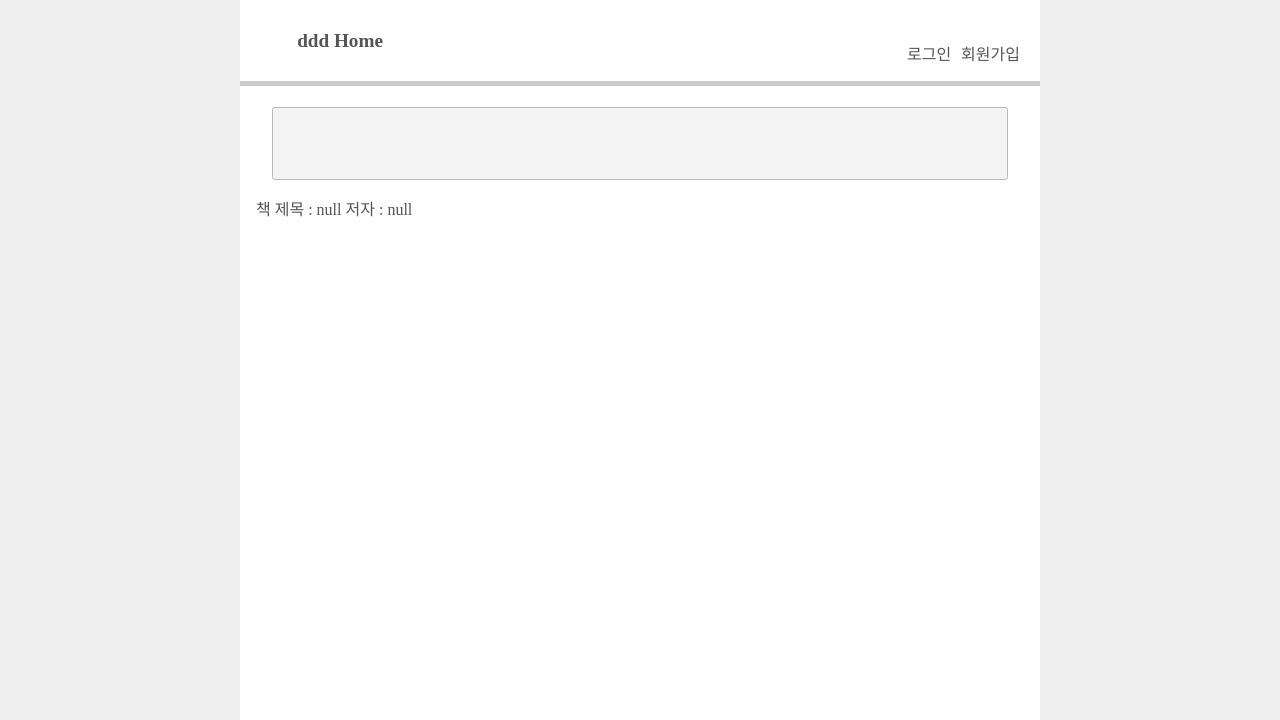
Repository: Deneb0000/JSP
Page: http://localhost/jspPro/days01/ex02_ok.jsp
These files come from the project's save history. The page is drawn as it stood at one moment and after the next save; the edit follows.
The browser window is 1280 px wide. The pictures show the whole page.
Some web fonts or font styles are not loaded; a fallback is used. The page is served by Tomcat 9. Other server files are loaded and not shown.

Above is the page before, as saved 2024-10-15 03:27:40.

### jspPro/src/main/webapp/days01/ex02_ok.jsp
<%@ page contentType="text/html; charset=UTF-8" pageEncoding="UTF-8"%>
<%
	//02_ok.jsp?title=채식주의자&author=한상
	String title =  request.getParameter("title");
	String author = request.getParameter("author");

%>
<!DOCTYPE html>
<html>
<head>
<meta charset="UTF-8">
<title>Insert title here</title>
<link rel="shortcut icon" type="image/x-icon" href="http://localhost/jspPro/images/SiSt.ico">
<script src="https://ajax.googleapis.com/ajax/libs/jquery/3.7.1/jquery.min.js"></script>
<meta name="viewport" content="width=device-width, initial-scale=1.0">
<meta name="google" content="notranslate">
<link rel="stylesheet" href="http://localhost/jspPro/resources/cdn-main/example.css">
<script src="http://localhost/jspPro/resources/cdn-main/example.js"></script>
<style>
 span.material-symbols-outlined{
    vertical-align: text-bottom;
 }
</style>
</head>
<body>
<header>
  <h1 class="main"><a href="#" style="position: absolute;top:30px;">ddd Home</a></h1>
  <ul>
    <li><a href="#">로그인</a></li>
    <li><a href="#">회원가입</a></li>
  </ul>
</header>
<div>
  <xmp class="code">

  </xmp>

  책 제목 : <%= title %>
  저자 : <%= author %>
</div>
</body>
</html>

### jspPro/src/main/webapp/resources/cdn-main/example.css
@charset "UTF-8";

@import url('https://fonts.googleapis.com/css2?family=Material+Symbols+Outlined:opsz,wght,FILL,GRAD@20..48,100..700,0..1,-50..200');

@font-face {
    font-family: 'GmarketSansMedium';
    src: url('https://cdn.jsdelivr.net/gh/projectnoonnu/noonfonts_2001@1.1/GmarketSansMedium.woff') format('woff');
    font-weight: normal;
    font-style: normal;
}

:root {
	--text-color: #555;
	--sub-text-color: #777;
	--back-color: #EFEFEF;
	--header-color: #444;
	--primary-color: #DEDEDE;
	--secondary-color: #EFEFEF;
	--default-width: 800px;
	--narrow-width: 500px;
	--wide-width: 1200px;
	--text-font: 'GmarketSansMedium';
	--icon-font: 'Material Symbols Outlined';
	--border-color: #CCC;
}

html, body {
	margin: 0;
	padding: 0;
}

html {
	background-color: var(--back-color);
	display: flex;
	justify-content: center;
	min-height: 100vh;
}

body, body.default {
	width: var(--default-width);
	background-color: white;
	padding-bottom: 120px;
}

body.wide {
	width: var(--wide-width);
}

body.narrow {
	width: var(--narrow-width);
}



body, p, div, span, a, input, select, option, textarea, button, table, th, td, label, fieldset, legend {
	font-family: var(--text-font);
	color: var(--text-color);
}

h1, h2, h3 {
	font-family: var(--text-font);
	color: var(--header-color);
	padding: 0 1rem;
	padding-top: .5rem;
}

div > h1, div > h2, div > h3 {
	padding: 0;
}

body > div, body > main > div {
	padding: 0.3rem 1rem;
}


h1 { font-size: 2rem; border-bottom: 1px solid var(--border-color); }
h1 small { font-size: 1.2rem; color: var(--sub-text-color); }
h2 { font-size: 1.5rem; border-bottom: 1px dashed var(--border-color); }
h2 small { font-size: 1.1rem; color: --sub-text-color; }
h3 { font-size: 1.2rem; }
h3 small { font-size: 1rem; color: --sub-text-color; }



h1.main::before {
	font-family: var(--icon-font);
  	content: '\e666';
  	margin-right: 10px;
  	float: left;
	font-size: 2.5rem;
}

h1.sub::before {
	font-family: var(--icon-font);
  	content: '\ea19';
  	margin-right: 10px;
  	float: left;
	font-size: 2.5rem;
}


h1.page::before {
	font-family: var(--icon-font);
  	content: '\e0e0';
  	margin-right: 10px;
  	float: left;
	font-size: 2.5rem;
}

body > header > ul > li > .active{
	background-color: #FFF;
	color:#F00;
}

body > header {
	display: flex;
	justify-content: space-between;
	border-bottom: 5px solid var(--border-color);
	min-height: 74px;
	background-color: #FFF;
}

body > header.sticky {
	position: sticky;
	top: 0;
	z-index: 98;
}

body > header > h1 {
	font-size: 1.2rem;
	border: 0;
}

body > header.in > h1::before {
	font-family: var(--icon-font);
  	content: '\e332‥';
  	margin-right: 3px;
  	float: left;
	font-size: 2rem;
}


body > header > ul {
	list-style-type: none;
	display: flex;
	align-items: flex-end;
	margin-right: 10px;
}

body > header > ul > li {
	margin-right: 10px;
	cursor: pointer;
}

body > header > ul > li > a {
	cursor: pointer;
}


form {
	display: block;
}

form > div {
	padding: 0.3rem 1rem;
}

div > form > div {
	padding: 0.3rem 0;
}

input, textarea, button, select {
	border: 1px solid #BBB;
	border-radius: 3px;
	outline: none;
	resize: none;
	padding: 7px;
	margin: 0;
}

input[type=text]:read-only, textarea:read-only {
	cursor: not-allowed;
	background-color: #FFF;
}

input[type=text]:disabled, textarea:disabled {
	cursor: not-allowed;
	background-color: #EEE;
}

input[type=text], input[type=password], textarea, button, select {
	/* width: 300px; */
}

textarea {
	display: block;
	height: 100px;
}

input[type=button], input[type=submit], button {
	/* width: inherit; */
}

input.short, textarea.short, button.short, select.short {
	width: 100px;
}

input.long, textarea.long, button.long, select.long {
	width: 350px;
}

.narrow input.long, .narrow textarea.long, .narrow button.long, .narrow select.long {
	width: calc(100% - 20px);
}

input.full, textarea.full, button.full, select.full {
	width: calc(100% - 20px);
}

textarea.short {
	height: 50px;
}

textarea.long {
	height: 100px;
}

textarea.full {
	height: 200px;
}

input, textarea {
	padding-top: 8px;
}

input[type=button], input[type=submit], button {
	padding: 5px 10px;
	background-color: var(--secondary-color);
	cursor: pointer;
	min-height: 36px;
}

input[type=button].primary, input[type=submit].primary, button.primary {
	/* background-color: rgba(100, 149, 237, .2); */
	background-color: var(--primary-color);
}

input[type=button].primary:hover, input[type=submit].primary:hover, button.primary:hover {
	/* background-color: rgba(100, 149, 237, .3); */
	background-color: var(--secondary-color);
}

input[type=button]:hover, input[type=submit]:hover, button:hover {
	background-color: var(--primary-color);
}

button {
	position: relative;
	left: 0;
	top: 0;
	padding-left: 35px;
}

button .material-symbols-outlined {
	position: absolute;
	left: 10px;
	top: 4px;
}

/* k2nik add */
button.login::before {
	font-family: var(--icon-font);
  	content: '\ea77';
	position: absolute;
	left: 11px;
	top: 4px;
	font-size: 1.25rem;
}

/* k2nik logout */
button.logout::before {
	font-family: var(--icon-font);
  	content: '\e9ba';
	position: absolute;
	left: 11px;
	top: 4px;
	font-size: 1.25rem;
}

/* k2nik help */
button.help::before {
	font-family: var(--icon-font);
  	content: '\f1c0';
	position: absolute;
	left: 11px;
	top: 4px;
	font-size: 1.25rem;
}

button.add::before{
	font-family: var(--icon-font);
  	content: '\e746';
	position: absolute;
	left: 11px;
	top: 4px;
	font-size: 1.25rem;
}

button.back::before {
	font-family: var(--icon-font);
  	content: '\e166';
	position: absolute;
	left: 11px;
	top: 4px;
	font-size: 1.25rem;
}

button.list::before {
	font-family: var(--icon-font);
  	content: '\e0ee';
	position: absolute;
	left: 11px;
	top: 4px;
	font-size: 1.25rem;
}


button.del::before {
	font-family: var(--icon-font);
  	content: '\e872';
	position: absolute;
	left: 11px;
	top: 4px;
	font-size: 1.25rem;
}


button.edit::before {
	font-family: var(--icon-font);
  	content: '\e745';
	position: absolute;
	left: 11px;
	top: 4px;
	font-size: 1.25rem;
}


button.login::before {
	font-family: var(--icon-font);
  	content: '\ea77';
	position: absolute;
	left: 11px;
	top: 4px;
	font-size: 1.25rem;
}


button.logout::before {
	font-family: var(--icon-font);
  	content: '\e9ba';
	position: absolute;
	left: 11px;
	top: 4px;
	font-size: 1.25rem;
}


button.in::before {
	font-family: var(--icon-font);
  	content: '\f71a';
	position: absolute;
	left: 11px;
	top: 4px;
	font-size: 1.25rem;
}


button.out::before {
	font-family: var(--icon-font);
  	content: '\f70e';
	position: absolute;
	left: 11px;
	top: 4px;
	font-size: 1.25rem;
}


button.reply::before {
	font-family: var(--icon-font);
  	content: '\e15e';
	position: absolute;
	left: 11px;
	top: 4px;
	font-size: 1.25rem;
}


button.comment::before {
	font-family: var(--icon-font);
  	content: '\e0b9';
	position: absolute;
	left: 11px;
	top: 4px;
	font-size: 1.25rem;
}


button.modal::before {
	font-family: var(--icon-font);
  	content: '\e89e';
	position: absolute;
	left: 11px;
	top: 4px;
	font-size: 1.25rem;
}


button.ok::before {
	font-family: var(--icon-font);
  	content: '\e86c';
	position: absolute;
	left: 11px;
	top: 4px;
	font-size: 1.25rem;
}


button.cancel::before {
	font-family: var(--icon-font);
  	content: '\e5c9';
	position: absolute;
	left: 11px;
	top: 4px;
	font-size: 1.25rem;
}

button.search::before {
	font-family: var(--icon-font);
  	content: '\e8b6';
	position: absolute;
	left: 11px;
	top: 4px;
	font-size: 1.25rem;
}

button.home::before {
	font-family: var(--icon-font);
  	content: '\e88a';
	position: absolute;
	left: 11px;
	top: 4px;
	font-size: 1.25rem;
}


button.sidebar::before {
	font-family: var(--icon-font);
  	content: '\f7e4';
	position: absolute;
	left: 11px;
	top: 4px;
	font-size: 1.25rem;
}


button.sidebar-right::before {
	font-family: var(--icon-font);
  	content: '\f7e5';
	position: absolute;
	left: 11px;
	top: 4px;
	font-size: 1.25rem;
}




button::before {
	font-family: var(--icon-font);
  	content: '\e323';
	position: absolute;
	left: 11px;
	top: 4px;
	font-size: 1.25rem;
}


table {
	border-collapse: collapse;
	margin: 1rem;
	box-sizing: border-box;
	width: calc(100% - 32px);
}

table.content {
	width: auto;
}

div > table {
	margin: 0;
}

table th, table td {
	border: 1px solid var(--border-color);
	padding: 7px;
	font-weight: normal;
}

table th {
	background-color: var(--back-color);
}

table.vertical th {
	width: 150px;
}

table.vertical td {
	width: calc(100% - 182px);
	padding-left: 10px;
}

table.content td, table.content th {
	width: auto;
}

body.narrow table.vertical th {
	width: 100px;
}

body.narrow table.vertical td {
	width: calc(100% - 182px);
}


table + table {
	margin-top: 30px;
}


p {
	padding: 0 1rem;
}

a {
	text-decoration: none;
}

a:hover {
	color: rgba(255, 99, 71, .7);
}

hr {
	border: 0;
	border-top: 1px solid var(--border-color);
	margin: 2rem 0;
}

.message {
	border: 1px solid var(--border-color);
	background-color: #EFEFEF;
	margin: 1rem;
	width: auto;
	padding-top: 10px;
	padding-bottom: 10px;
	font-size: 14px;
}

.message[title]::before {
	content: attr(title);
	display: block;
	border-bottom: 1px solid var(--border-color);
	padding-bottom: 5px;
	margin-bottom: 10px;
	margin-top: 7px;
}

.message.short {
	max-width: 250px;
}

.message.long {
	max-width: 500px;
}

.badge {
	float: right;
	font-size: .8rem;
	margin-top: 2px;
	margin-right: 2px;
	text-shadow: 0 0 7px gray;
}

.badge.left {
	float: none;
	margin-left: 2px;
}

.badge.right {
	float: right;
}

.badge.red {
	border-radius: 50%;
	padding: 2px 5px;
	background-color: rgb(255, 99, 71, .3);
}

.badge.yellow {

	border-radius: 50%;
	padding: 2px 5px;
	background-color: rgb(255, 215, 0, .5);
}

.badge.blue {
	border-radius: 50%;
	padding: 2px 5px;
	background-color: rgb(100, 149, 237, .3);
}

label + label {
	margin-left: 7px;
}

label input[type=checkbox], label input[type=radio] {
	transform: translate(0, 1px);
}

.group {
	display: flex;
}

.modal-content .group {
	margin-bottom: .5rem;
}

.group label {
	border: 1px solid #BBB;
	border-radius: 3px;
	outline: none;
	resize: none;
	padding: 7px 14px;
	margin: 0;
	border-top-right-radius: 0;
	border-bottom-right-radius: 0;
	background-color: #EFEFEF;
	white-space: nowrap;
	font-size: 14px;
}

.group input[type=text] {
	margin-left: -1px;
	border-top-left-radius: 0;
	border-bottom-left-radius: 0;
}

.group select {
	margin-left: -1px;
	border-top-left-radius: 0;
	border-bottom-left-radius: 0;
}

.group input.full[type=text] {
	margin-left: -1px;
	border-top-left-radius: 0;
	border-bottom-left-radius: 0;
	width: 100%;
}

.group input[type=button]:first-child, .group button:first-child {
	border-top-left-radius: 3px;
	border-bottom-left-radius: 3px;
	margin-left: 0px;
}

.group input[type=button], .group button {
	border-radius: 0;
	margin-left: -1px;
}

.group input[type=button]:last-child, .group button:last-child {
	margin-left: -1px;
	border-top-right-radius: 3px;
	border-bottom-right-radius: 3px;
}

.seperate {
	display: flex;
	justify-content: space-between;
}

div.list {
	width: max-content;
	margin: 1rem;
	border: 1px solid #BBB;
	border-radius: 3px;
	padding: 0;
}

div.list.full {
	width: auto;
	display: block;
	margin: 1rem;
	border: 1px solid #BBB;
	border-radius: 3px;
	padding: 0;
}

div.list > div {
	padding: .5rem 1rem;
	margin: 0;
	border-bottom: 1px solid #BBB;
}

div.list > div:last-child {
	border-bottom: 0;
}

pre.code , xmp.code{
	font-family: consols;
	background-color: rgba(150, 150, 150, .1);
	border: 1px solid #BBB;
	border-radius: 3px;
	padding: .5rem 1rem;
	padding-bottom: .6rem;
	margin: 1rem;
}




*[data-modal-window] {
	position: fixed;
	background-color: rgba(0, 0, 0, .3);
	left: 0;
	top: 0;
	display: none;
	justify-content: center;
	align-items: flex-start;
	width: 100%;
	min-height: 100vh;
	z-index: 100;
	opacity: 0;
	transition: 500ms all;
}

*[data-modal-window] .modal-container {
	border-radius: 5px;
	padding: 1rem;
	padding-bottom: .5rem;
	margin-top: -500px;
	opacity: 0;
	width: 500px;
	background-color: #FFF;
	margin-right: 2rem;
	transition: 500ms all;
}

*[data-modal-size=content] .modal-container {
	width: auto;
}

*[data-modal-size=narrow] .modal-container {
	width: 300px;
}

*[data-modal-size=wide] .modal-container {
	width: 760px;
}


*[data-modal-window] .modal-header {
	border-bottom: 1px solid var(--border-color);
	padding: 2px 5px;
}

*[data-modal-window] .modal-content {
	padding: 1rem 5px;
}

*[data-modal-window] .modal-content div:last-child {
	margin-top: 1rem;
	text-align: right;
}



*[data-sidebar-window] {
	position: fixed;
	background-color: #FFF;
	left: 0;
	top: 0;
	display: block;
	width: 300px;
	border-right: 1px solid var(--border-color);
	box-sizing: border-box;
	box-shadow: 0 0 3px var(--back-color);
	min-height: 100vh;
	z-index: 99;
	transform: translate(-300px, 0);
	transition-duration: 500ms;
	transition-property: transform;
}

*[data-sidebar-direction=right] {
	left: auto;
	right: 0;
	transform: translate(300px, 0);
	border-left: 1px solid var(--border-color);
}

*[data-sidebar-size=wide] {
	width: 500px;
	transform: translate(-500px, 0);
}

*[data-sidebar-window] .sidebar-title {
	border-bottom: 1px solid var(--border-color);
	margin-top: 20px;
	margin-bottom: 20px;
	padding-bottom: 5px;
	display: flex;
	justify-content: space-between;
}

*[data-sidebar-window] .sidebar-title span:last-child {
	cursor: pointer;
}


/* K2Nik pagination */
.center {
  text-align: center;
}

.pagination {
  display: inline-block;
}

.pagination a {
  color: black;
  float: left;
  padding: 3px 6px;
  text-decoration: none;
  transition: background-color .3s;
  border: 1px solid #ddd;
  margin: 0 3px;
}

.pagination a.active {
  background-color: #4CAF50;
  color: white;
  border: 1px solid #4CAF50;
}

.pagination a:hover:not(.active) {background-color: #ddd;}

### jspPro/src/main/webapp/resources/cdn-main/example.js

window.onload = () => {

    const list = document.querySelectorAll('input, textarea');

    list.forEach(item => {
        item.setAttribute('autocomplete', 'off');
    });


    const modal_btn_list = document.querySelectorAll('*[data-modal-button]');

    modal_btn_list.forEach(item => {
        item.onclick = function() {

            const name = this.dataset['modalButton'];
            const modal_window = document.querySelector('*[data-modal-window=' + name);

            const container = document.createElement('div');
            container.className = 'modal-container';



            const modal_header = document.createElement('div');
            modal_header.textContent = modal_window.dataset['modalTitle'];
            modal_header.className = 'modal-header';
            container.appendChild(modal_header);

            const modal_content = document.createElement('div');
            modal_content.className = 'modal-content';
            container.appendChild(modal_content);

            Array.from(modal_window.childNodes).forEach(item => {
                modal_content.appendChild(item);
            });

            modal_window.appendChild(container);

            modal_window.style.display = 'flex';

            setTimeout(() => {
                modal_window.style.opacity = 1;
                container.style.marginTop = '20px';
                container.style.opacity = 1;
            }, 50);


            const modal_ok = document.querySelector('*[data-modal-ok=' + name);
            modal_ok.addEventListener('click', function() {
                modal_window.style.opacity = 0;
                container.style.marginTop = '-500px';
                container.style.opacity = 0;

                setTimeout(() => {
                    modal_window.innerHTML = modal_content.innerHTML;
                    modal_window.style.display = 'none';
                }, 500);

            });

            const modal_cancel = document.querySelector('*[data-modal-cancel=' + name);
            modal_cancel.addEventListener('click', function() {

                modal_window.style.opacity = 0;
                container.style.marginTop = '-500px';
                container.style.opacity = 0;

                setTimeout(() => {
                    modal_window.innerHTML = modal_content.innerHTML;
                    modal_window.style.display = 'none';
                }, 500);
            });


        };
    });


    const sidebar_btn_list = document.querySelectorAll('*[data-sidebar-button]');

    sidebar_btn_list.forEach(item => {
        item.onclick = function() {



            const name = this.dataset['sidebarButton'];
            const sidebar_window = document.querySelector('*[data-sidebar-window=' + name);

            if (sidebar_window.style.transform == 'translate(0px, 0px)') return;



            sidebar_window.style.transform = 'translate(0, 0)';

            const sidebar_title = document.createElement('div');
            sidebar_title.className = 'sidebar-title';
            sidebar_title.innerHTML = '<span>' + sidebar_window.dataset['sidebarTitle'] + '</span><span class="material-symbols-outlined">close</span>';

            sidebar_title.children[1].onclick = function() {

                let sign = 1;
                let distance = 300;

                if (sidebar_window.dataset['sidebarDirection'] != 'right') {
                    sign = -1;
                } else {
                    sign = 1;
                }

                if (sidebar_window.dataset['sidebarSize'] != 'wide') {
                    distance = 300;
                } else {
                    distance = 500;
                }

                distance *= sign;

                sidebar_window.style.transform = 'translate(' + distance + 'px, 0)';

                setTimeout(function() {
                    sidebar_window.removeChild(sidebar_window.children[0]);
                }, 500);
            };


            sidebar_window.prepend(sidebar_title);

        }
    });

};

// window.onkeydown = function(event) {

//     if (event.keyCode == 27) {
//         if (document.querySelector('[data-modal-window').style.display == 'flex') {
//             document.querySelector('[data-modal-window').style.display = 'none';
//         }
//     }

// };

After the next save:
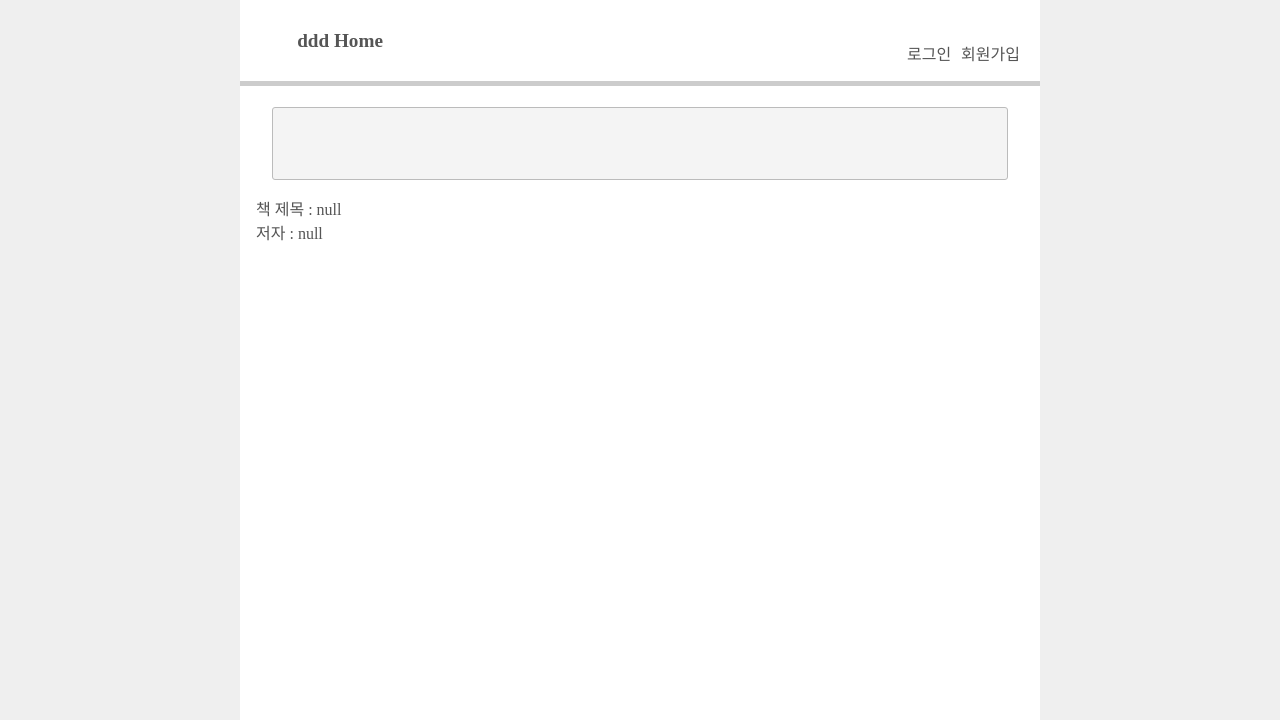
Saved 14 s later.
--- a/jspPro/src/main/webapp/days01/ex02_ok.jsp
+++ b/jspPro/src/main/webapp/days01/ex02_ok.jsp
@@ -35,8 +35,8 @@
 
   </xmp>
 
-  책 제목 : <%= title %>
-  저자 : <%= author %>
+  책 제목 : <%= title %> <br>
+  저자 : <%= author %> <br>
 </div>
 </body>
 </html>
